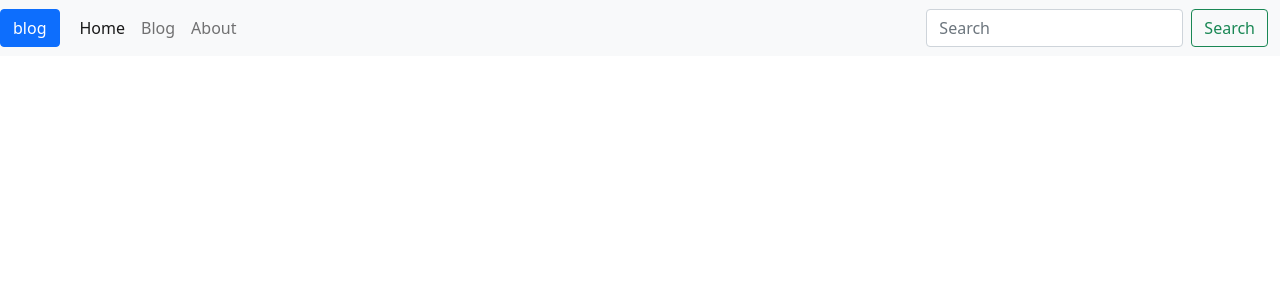
Repository: syni18/bootstrap_blog
Page: index.html
An editor plug-in stored every save of this project. The page is shown before and after the next save, followed by the edit.
The browser window is 1280 px wide. The pictures show the whole page.

Above is the page before, as saved 2023-10-25 20:47:09.

After the next save:
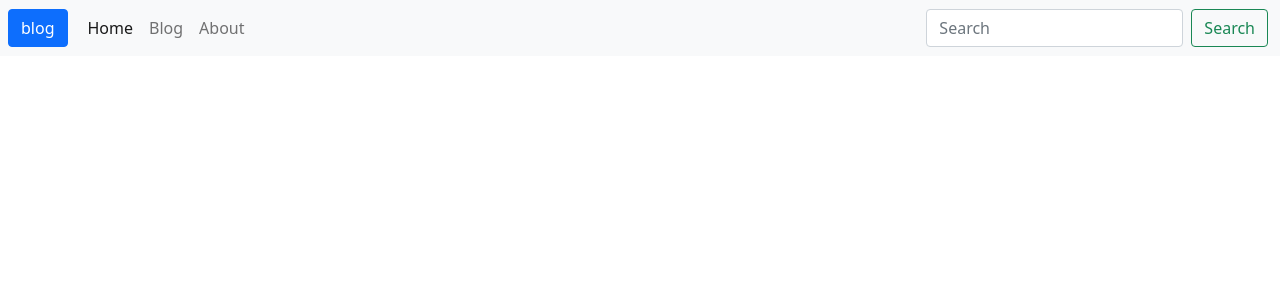
Saved 31 s later.
--- a/index.html
+++ b/index.html
@@ -19,7 +19,7 @@
   <body>
     <nav class="navbar navbar-expand-lg navbar-light bg-light">
       <button
-        class="btn btn-primary mr-2"
+        class="btn btn-primary ms-2"
         type="button"
         data-bs-toggle="offcanvas"
         data-bs-target="#offcanvasScrolling"
